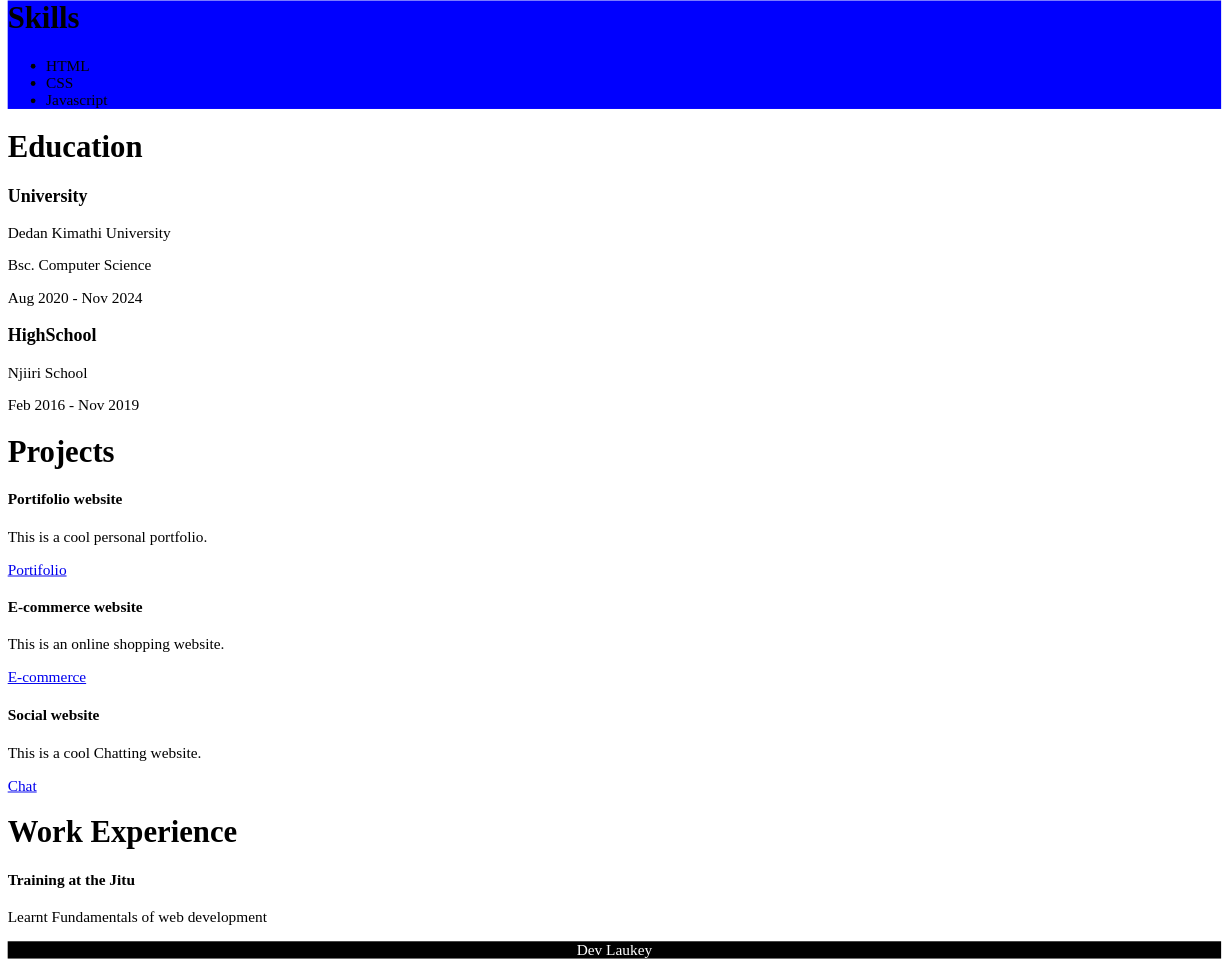
Repository: LaukeyMwaura/Jitu-Day-2
Page: index.html
These files come from the project's save history. The page is drawn as it stood at one moment and after the next save; the edit follows.
The browser window is 1280 px wide. The pictures show the part of the page from y = 762 to 1777 px (the page is 1777 px tall), at 96% of full size.
A picture or video elsewhere on the page could not be fetched, so the positions and the page height are approximate.

Above is the page before, as saved 2022-05-11 14:21:24.

### index.html
<!DOCTYPE html>
<html lang="en">
  <head>
    <meta charset="UTF-8" />
    <meta http-equiv="X-UA-Compatible" content="IE=edge" />
    <meta name="viewport" content="width=device-width, initial-scale=1.0" />
    <title>First Site</title>
  </head>
  <body>
    <nav>
      <ul style="list-style-type: circle">
        <li><a href="#about">About </a></li>
        <li><a href="#skills">Skills </a></li>
        <li><a href="#education">Education </a></li>
        <li><a href="#projects">Projects </a></li>
        <li><a href="#work">Work </a></li>
      </ul>
    </nav>
    <div id="about">
      <h1>About Me</h1>
      <p>I am a software developer trainee.</p>
      <img
        height="450"
        weight="450"
        src="https://devlaukey.netlify.app/uploads/me.jpeg"
        alt=""
      />
      <p>Let's connect:</p>
      <a target="_blank" href="https://devlaukey.netlify.com/">Website</a>
      <a target="_blank" href="https://www.linkedin.com/in/devlaukey/"
        >LinkedIn</a
      >
      <a target="_blank" href="https://github.com/DevLaukey">Github</a>
    </div>
    <div id="skills" style="background-color: blue;">
      <h1>Skills</h1>
      <ul>
        <li>HTML</li>
        <li>CSS</li>
        <li>Javascript</li>
      </ul>
    </div>
    <div id="education">
      <h1>Education</h1>
      <div class="">
        <h3>University</h3>
        <p>Dedan Kimathi University</p>
        <p>Bsc. Computer Science</p>
        <p>Aug 2020 - Nov 2024</p>
      </div>
      <div>
        <h3>HighSchool</h3>
        <p>Njiiri School</p>
        <p>Feb 2016 - Nov 2019</p>
      </div>
    </div>
    <div id="projects">
      <h1>Projects</h1>
      <div>
        <h4>Portifolio website</h4>
        <p>This is a cool personal portfolio.</p>
        <a href="https://devlaukey.netlify.app/">Portifolio</a>
      </div>
      <div>
        <h4>E-commerce website</h4>
        <p>This is an online shopping website.</p>
        <a href="https://victor-100.web.app/">E-commerce</a>
      </div>
      <div>
        <h4>Social website</h4>
        <p>This is a cool Chatting website.</p>
        <a href="https://messenger-clone-70550.web.app/">Chat</a>
      </div>
    </div>
    <div id="work">
      <h1>Work Experience</h1>
      <div>
        <h4>Training at the Jitu</h4>
        <p>Learnt Fundamentals of web development</p>
      </div>
    </div>
    <footer style="background-color: black; color: white; text-align: center">
      <p>Dev Laukey</p>
    </footer>
  </body>
</html>

After the next save:
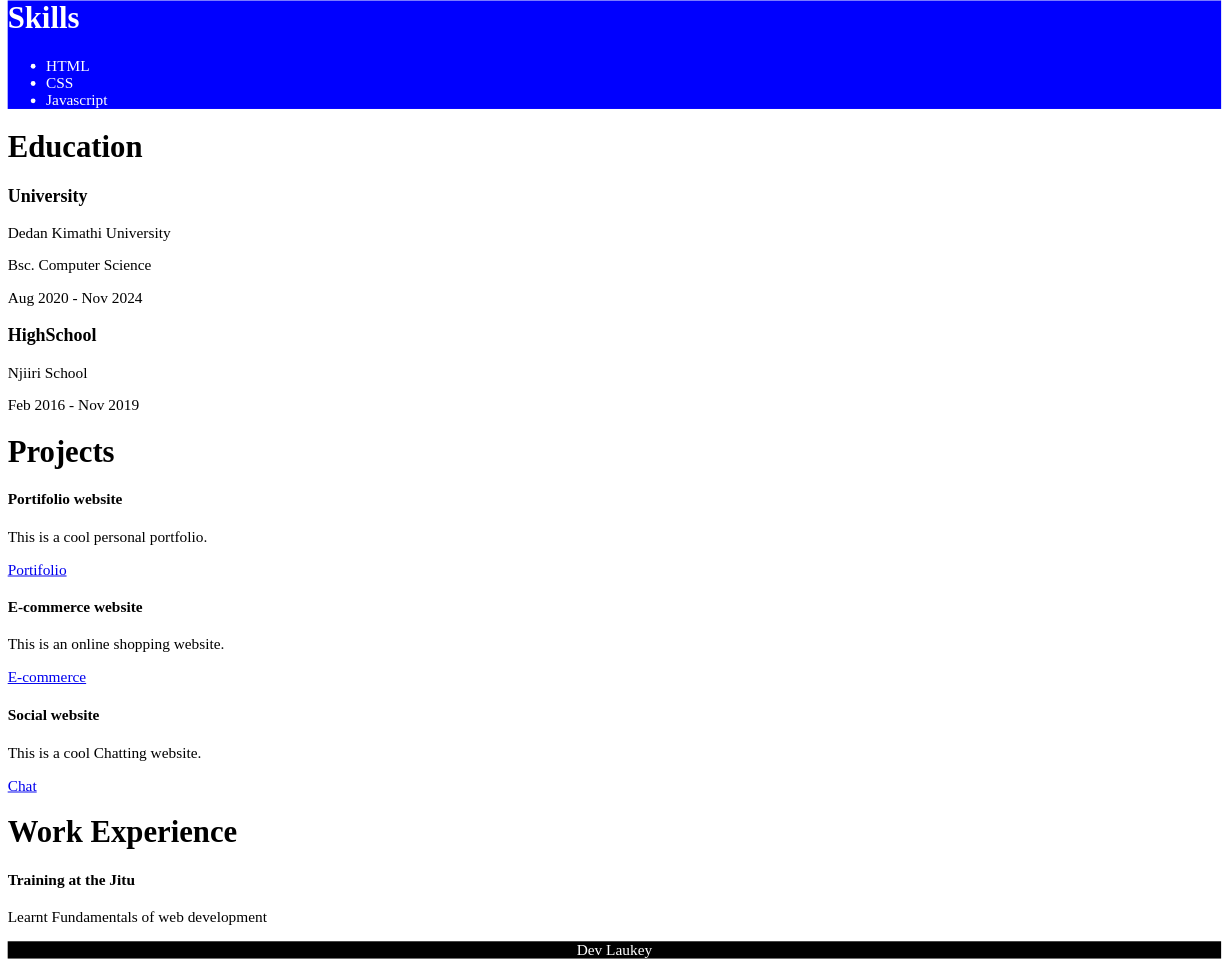
Saved 49 s later.
--- a/index.html
+++ b/index.html
@@ -32,7 +32,7 @@
       >
       <a target="_blank" href="https://github.com/DevLaukey">Github</a>
     </div>
-    <div id="skills" style="background-color: blue;">
+    <div id="skills" style="background-color: blue; color: white;">
       <h1>Skills</h1>
       <ul>
         <li>HTML</li>
